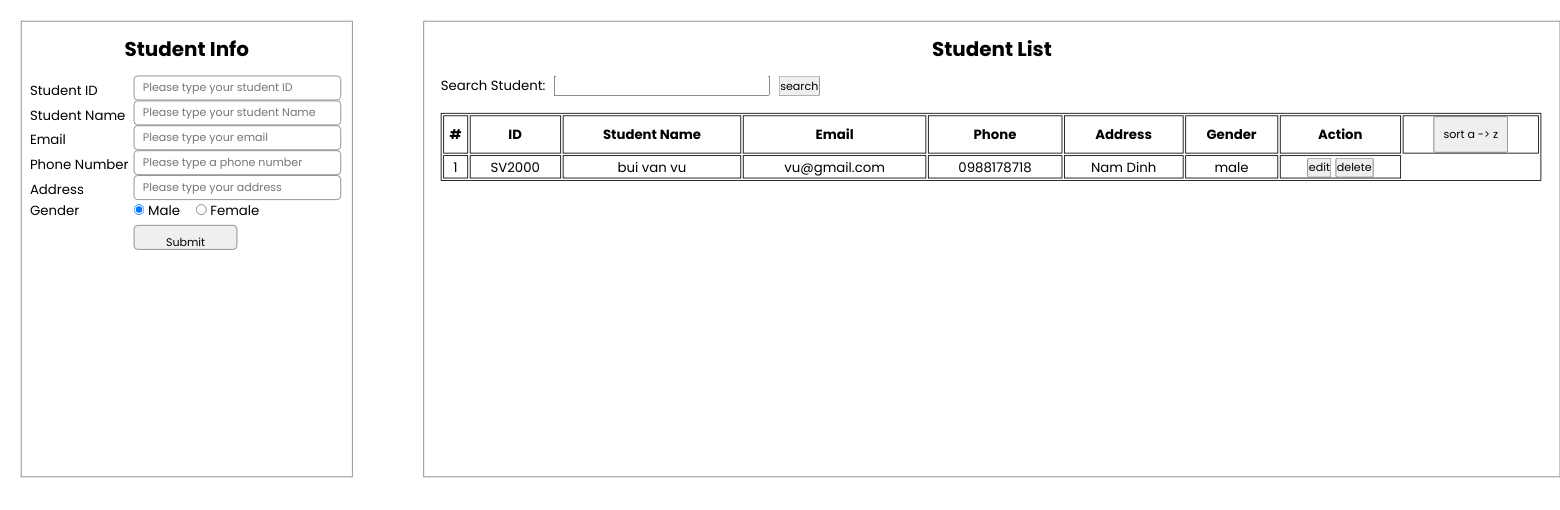
Repository: sSoRaK/ex-session15-dom-event
Page: ex-dom-event/student-management.html
These files come from the project's save history. The page is drawn as it stood at one moment and after the next save; the edit follows.
The browser window is 1280 px wide. The page is 1880 px wide, so the pictures cover 1880 px, including what lies to the right of the window. The pictures show the whole page, at 83% of full size.

Above is the page before, as saved 2023-06-24 20:04:22.

### ex-dom-event/student-management.html
<!DOCTYPE html>
<html lang="en">
  <head>
    <meta charset="UTF-8" />
    <meta name="viewport" content="width=device-width, initial-scale=1.0" />
    <title>Student Management</title>
    <link rel="preconnect" href="https://fonts.googleapis.com" />
    <link rel="preconnect" href="https://fonts.gstatic.com" crossorigin />
    <link
      href="https://fonts.googleapis.com/css2?family=Poppins:ital,wght@0,100;0,200;0,300;0,400;0,500;0,600;0,700;0,800;0,900;1,100;1,200;1,300;1,400;1,500;1,600;1,700;1,800;1,900&display=swap"
      rel="stylesheet"
    />
    <link rel="stylesheet" href="./style/style.css" />
  </head>
  <body>
    <div class="left-side">
      <h2>Student Info</h2>
      <form action="#" class="form-student">
        <label for="student-id" id="label-id">Student ID</label>
        <input
          type="text"
          name="student-name"
          id="student-id"
          placeholder="Please type your student ID"
        />
        <div class="error error-row1"></div>
        <label for="student-name" id="label-name">Student Name</label>
        <input
          type="text"
          name="student-name"
          id="student-name"
          placeholder="Please type your student Name"
        />
        <div class="error error-row2"></div>
        <label for="student-email" id="label-email">Email</label>
        <input
          type="email"
          name="student-email"
          id="student-email"
          placeholder="Please type your email"
        />
        <div class="error error-row3"></div>
        <label for="student-phone_number" id="label-phone_number"
          >Phone Number</label
        >
        <input
          type="number"
          name="student-phone_number"
          id="student-phone_number"
          placeholder="Please type a phone number"
        />
        <div class="error error-row4"></div>
        <label for="student-address" id="label-address">Address</label>
        <input
          type="text"
          name="student-address"
          id="student-address"
          placeholder="Please type your address"
        />
        <div class="error error-row5"></div>
        <span class="gender">Gender</span>
        <div class="gender-wrapper">
          <input type="radio" name="gender" id="male" checked />
          <label for="male">Male</label>
          <input type="radio" name="gender" id="female" />
          <label for="female">Female</label>
        </div>
        <input type="submit" value="Submit" class="btn-submit" />
      </form>
    </div>
    <div class="right-side">
      <h2>Student List</h2>
      <form action="#" class="searching-bar">
        <span>Search Student:</span>
        <input
          type="text"
          name="search-student_name"
          id="search-student_name"
        />
        <button class="btn-search">search</button>
      </form>
      <table class="table-student">
        <thead>
          <tr>
            <th>#</th>
            <th>ID</th>
            <th>Student Name</th>
            <th>Email</th>
            <th>Phone</th>
            <th>Address</th>
            <th>Gender</th>
            <th>Action</th>
            <th>
              <button class="btn-sort">sort a -> z</button>
            </th>
          </tr>
        </thead>
        <tbody id="student-info"></tbody>
      </table>
    </div>
    <script src="./app/app.js"></script>
  </body>
</html>

### ex-dom-event/style/style.css
* {
  padding: 0;
  margin: 0;
  box-sizing: border-box;
  font-family: "Poppins", sans-serif;
}
body {
  display: grid;
  grid-template-columns: repeat(4, 400px);
  grid-template-rows: repeat(1, 550px);
  gap: 85px;
  margin: 25px;
}
/* left side student info */
.left-side {
  border: 1px solid gray;
  grid-column: 1/2;
}
.left-side h2,
.right-side h2 {
  text-align: center;
  margin: 15px 0;
}
.form-student {
  margin: 0 10px;
  display: grid;
  grid-template-columns: repeat(3, 125px);
  grid-template-rows: repeat(13, 30px);
  /* row-gap: 30px; */
}
.form-student input {
  border: 0.5px solid gray;
  border-radius: 5px;
}
#label-id {
  grid-column: 1/2;
  grid-row: 1/2;
  line-height: 35px;
}
#student-id {
  grid-column: 2/4;
  grid-row: 1/2;
  padding-left: 10px;
}
.error-row1{
  grid-column: 2/4;
  grid-row: 2/3;
}
#label-name {
  grid-column: 1/2;
  grid-row: 2/3;
  line-height: 35px;
}
#student-name {
  grid-column: 2/4;
  grid-row: 2/3;
  padding-left: 10px;
}
#label-email {
  grid-column: 1/2;
  grid-row: 3/4;
  line-height: 35px;
}
#student-email {
  grid-column: 2/4;
  grid-row: 3/4;
  padding-left: 10px;
}
#label-phone_number {
  grid-column: 1/2;
  grid-row: 4/5;
  line-height: 35px;
}
input::-webkit-outer-spin-button,
input::-webkit-inner-spin-button {
  -webkit-appearance: none;
  margin: 0;
}
#student-phone_number {
  grid-column: 2/4;
  grid-row: 4/5;
  padding-left: 10px;
}
#label-address {
  grid-column: 1/2;
  grid-row: 5/6;
  line-height: 35px;
}
#student-address {
  grid-column: 2/4;
  grid-row: 5/6;
  padding-left: 10px;
}
.gender {
  grid-column: 1/2;
  grid-row: 6/7;
}
.gender-wrapper {
  grid-column: 2/4;
  grid-row: 6/7;
}
.gender-wrapper label[for="male"] {
  margin-right: 15px;
}
.btn-submit {
  grid-column: 2/3;
  grid-row: 7/8;
  padding: 10px 0;
}

/* right side student list */
.right-side {
  border: 1px solid gray;
  grid-column: 2/5;
}
.right-side .searching-bar {
  margin-left: 20px;
  display: flex;
  gap: 10px;
}
.table-student,
th,
tr,
td {
  border: 1px solid;
  /* border-collapse: collapse; */
  margin: 20px;
  width: calc(100% - 42px);
}
.btn-sort {
  padding: 10px;
}

#student-info tr td {
  text-align: center;
}
.error {
  visibility: hidden;
}
.error-row1 {
  grid-row: 2;
}
.display-error {
  color: red;
  visibility: visible;
}
.btn-edit,
.btn-delete,
.btn-submit,
.btn-sort,
.btn-search {
  cursor: pointer;
}

### ex-dom-event/app/app.js
// tạo 1 mảng rỗng 2 chiều với phần tử là 1 mảng chứa các thông tin tương ứng của mỗi sinh viên
let studentList = [
  ["SV2000", "bui van vu", "vu@gmail.com", "0988178718", "Nam Dinh", "male"],
];
let action = "create";
// Lấy dữ liệu từ form -> table: Read
function renderData() {
  // truy cập đến tbody
  let tbody = document.getElementById("student-info");
  // đặt giá trị ban đầu tbody = "", để tránh dữ liệu cũ còn tồn tại
  tbody.innerHTML = "";
  for (let i = 0; i < studentList.length; i++) {
    // truyền vào tbody dưới dạng String Template
    tbody.innerHTML += `<tr>
                          <td>${i + 1}</td>
                          <td>${studentList[i][0]}</td>
                          <td>${studentList[i][1]}</td>
                          <td>${studentList[i][2]}</td>
                          <td>${studentList[i][3]}</td>
                          <td>${studentList[i][4]}</td>
                          <td>${studentList[i][5]}</td>
                          <td>
                              <button onclick="editData('${
                                studentList[i][0]
                              }')" class="btn-edit">edit</button>
                              <button onclick="deleteData('${
                                studentList[i][1]
                              }')" class="btn-delete">delete</button>
                          </td>
                    </tr>`;
  }
}
// Khi trình duyệt load thì sẽ load dữ liệu student và hiển thị trên table
document.onload = renderData();

// query element (create gol)
const studentId = document.querySelector("#student-id");
const studentName = document.querySelector("#student-name");
const studentEmail = document.querySelector("#student-email");
const studentPhoneNumber = document.querySelector("#student-phone_number");
const studentAddress = document.querySelector("#student-address");
const studentGender = document.querySelector("input[name='gender']:checked");

const errorElement = document.querySelectorAll(".error");

const btnSubmit = document.querySelector(".btn-submit");

// Validate: xác thực khi thêm create hoặc update
// function check validate each <input>
function validateForm() {
  // Lấy dữ liệu từ Form và Thực hiện validate từng input, nếu thỏa -> true, không thỏa -> báo lỗi (false)
  let idValidate = false;
  let nameValidate = false;
  let emailValidate = false;
  let phoneValidate = false;
  let addressValidate = false;
  let emailPattern = /^\w+([\.-]?\w+)*@\w+([\.-]?\w+)*(\.\w{2,3})+$/; // regex pattern: mẫu quy định
  let phonePattern = /(84|0[3|5|7|8|9])+([0-9]{8})\b/g;
  // check validate studentId
  if (studentId.value.length == 0) {
    errorElement[0].textContent = "* Please type your ID";
    errorElement[0].classList.add("display-error");
  } else if (studentId.value.length < 6 || studentId.value.length > 20) {
    errorElement[0].textContent = "* Your ID must be 6 - 20 characters";
    errorElement[0].classList.add("display-error");
  } else {
    errorElement[0].classList.remove("display-error");
    idValidate = true;
  }

  // check validate studentName
  if (studentName.value == "") {
    errorElement[1].textContent = "* Please type your name";
    errorElement[1].classList.add("display-error");
  } else {
    errorElement[1].classList.remove("display-error");
    nameValidate = true;
  }

  // check validate studentEmail
  if (studentEmail.value.length == "") {
    errorElement[2].textContent = "* Please type your email";
    errorElement[2].classList.add("display-error");
  } else if (!studentEmail.value.match(emailPattern)) {
    errorElement[2].textContent = "* You have entered email invalid";
    errorElement[2].classList.add("display-error");
  } else {
    errorElement[2].classList.remove("display-error");
    emailValidate = true;
  }

  // check validate studentPhoneNumber
  if (studentPhoneNumber.value.length == "") {
    errorElement[3].textContent = "* Please type your phone number";
    errorElement[3].classList.add("display-error");
  } else if (!studentPhoneNumber.value.match(phonePattern)) {
    errorElement[3].textContent = "* You have entered phone number invalid";
    errorElement[3].classList.add("display-error");
  } else {
    errorElement[3].classList.remove("display-error");
    phoneValidate = true;
  }

  // check validate studentAddress
  if (studentAddress.value.length == "") {
    errorElement[4].textContent = "* Please type your address";
    errorElement[4].classList.add("display-error");
  } else {
    errorElement[4].classList.remove("display-error");
    addressValidate = true;
  }

  // check validate each input as True or False
  if (
    idValidate &&
    nameValidate &&
    emailValidate &&
    phoneValidate &&
    addressValidate
  ) {
    return true;
  }
  return false;
}

// Lấy dữ liệu từ Form sau khi submit, tạo table và insert studentList
// create new student from FORM and take to value studentList, insert to table
function createData() {
  // tạo mảng gồm các thông tin của học sinh - create array have element as student info
  const newStudent = [
    studentId.value,
    studentName.value,
    studentEmail.value,
    studentPhoneNumber.value,
    studentAddress.value,
    studentGender.value,
  ];
  studentList.push(newStudent);
  renderData();
  resetForm(); // clear form after submit
}

// reset form after submit or update, create newStudent to table
function resetForm() {
  studentId.value = "";
  studentName.value = "";
  studentEmail.value = "";
  studentPhoneNumber.value = "";
  studentAddress.value = "";
  document.getElementById("male").checked = true;
}

// create event for btn-submit
// event : e
btnSubmit.addEventListener("click", (e) => {
  e.preventDefault(); // after click button submit, prevent "FORM" re-load
  const checkValidForm = validateForm();
  if (checkValidForm) {
    if (action == "create") {
      // push dữ liệu vào table
      createData();
    } else {
      // Thực hiện update sinh viên
      updateFormStudent();
    }
  }
});
// lấy thông tin học sinh thông qua studentID
// 1. Duyệt qua studentList để lấy studentID
function getStudentId(studentId) {
  for (let index = 0; index < studentList.length; index++) {
    if (studentId == studentList[index][0]) return index;
  }
  return -1;
}
// 2.
function editData(studentID) {
  // 1. lấy chỉ số sinh viên trong mảng
  let index = getStudentId(studentID);
  if (index >= 0) {
    // 2. fill thông tin sinh viên qua form
    studentId.value = studentList[index][0];
    studentName.value = studentList[index][1];
    studentEmail.value = studentList[index][2];
    studentPhoneNumber.value = studentList[index][3];
    studentAddress.value = studentList[index][4];
    if (studentList[index][5] == "male") {
      document.getElementById("male").checked = true;
    } else {
      document.getElementById("female").checked = true;
    }
    // sau khi edit, thay giá trị action
    action = "edit";
    studentId.readOnly = true;
    studentId.style.outline = "none";
    studentId.style.cursor = "unset";
    studentId.style.caretColor = "transparent";
  }
}
// Update
function updateFormStudent() {
  const studentUpdate = [
    studentId.value,
    studentName.value,
    studentEmail.value,
    studentPhoneNumber.value,
    studentAddress.value,
    studentGender.value,
  ];

  //find Index dua ma code cua sinh vien
  const indexStudent = getStudentId(studentId.value);

  studentList[indexStudent] = studentUpdate;
  renderData();
  action = "create";
  resetForm();
  studentId.readOnly = false;
  studentId.style.cursor = "text";
  studentId.style.caretColor = "black";
}

function deleteData(studentID) {
  let isCheckRemove = confirm("Bạn có muốn xóa hay không?");
  if (isCheckRemove) {
    const indexDeleteStudent = getStudentId(studentID);
    studentList.splice(indexDeleteStudent, 1);
    renderData();
  }
}

After the next save:
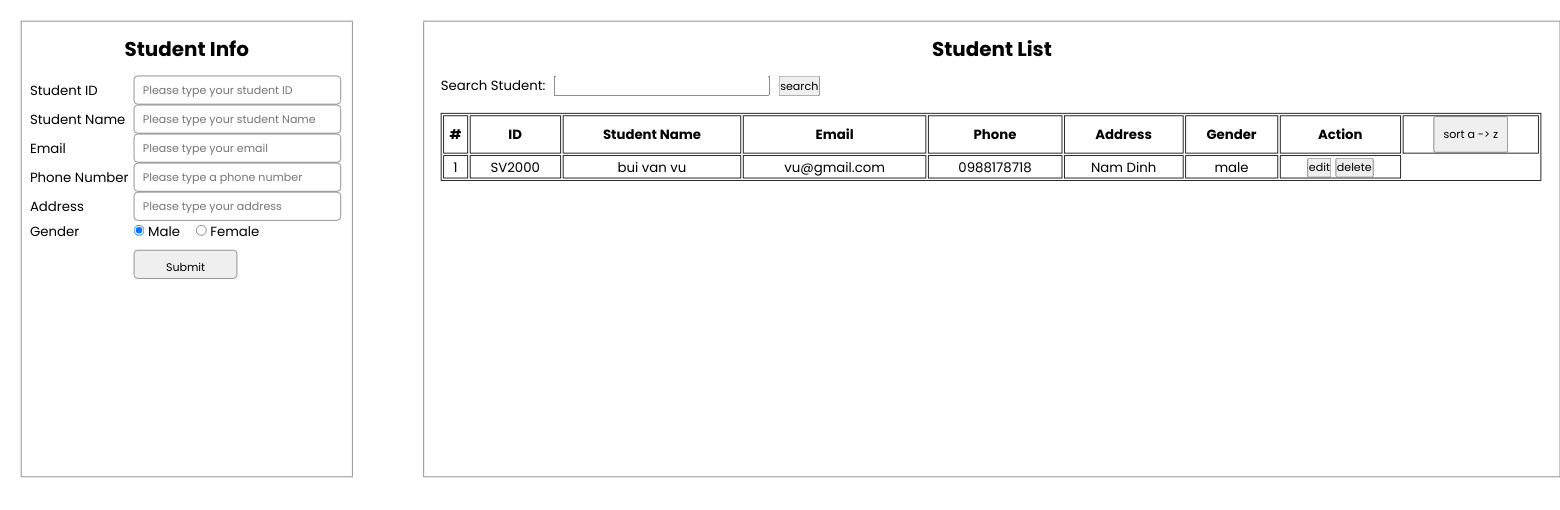
Saved 19 s later.
--- a/ex-dom-event/style/style.css
+++ b/ex-dom-event/style/style.css
@@ -25,7 +25,7 @@ body {
   margin: 0 10px;
   display: grid;
   grid-template-columns: repeat(3, 125px);
-  grid-template-rows: repeat(13, 30px);
+  grid-template-rows: repeat(13, 35px);
   /* row-gap: 30px; */
 }
 .form-student input {
